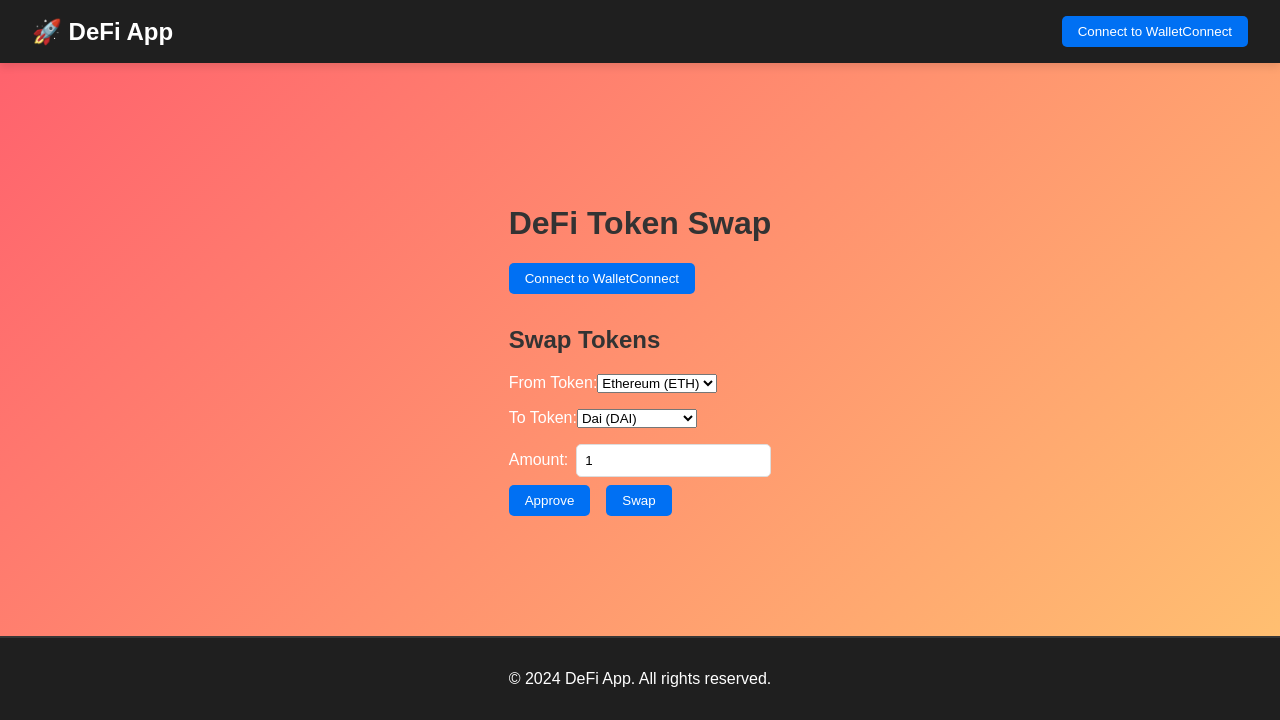
Repository: AllMightLegend/defi-token-swapping-app
Page: /
The author's editor kept a copy of each file at every save. The page is drawn from the files as they stood at one save, then again after the next save.
The browser window is 1280 px wide. The pictures show the whole page.
The project was rebuilt for these pictures with package versions that can differ from the ones it lists, and the page was loaded fresh each time. The framework's server and built-in components were replaced by stand-ins that run in the browser. Also part of the build but not shown: next.config.mjs.

Above is the page before, as saved 2024-09-01 20:22:57.

### app/page.tsx
"use client"; // This ensures the component is treated as a client component
import React, { useState, useEffect } from 'react';
import { ethers } from 'ethers';
import WalletConnector from '../components/WalletConnector';
import { approveToken } from '../utils/approval';
import { executeSwap } from '../utils/swap';
import Layout from '../components/Layout';

const IndexPage: React.FC = () => {
  const [provider, setProvider] = useState<ethers.providers.Web3Provider | null>(null);
  const [walletAddress, setWalletAddress] = useState<string | null>(null);
  const [fromToken, setFromToken] = useState<string>('ETH');
  const [toToken, setToToken] = useState<string>('DAI');
  const [amount, setAmount] = useState<string>('1');
  const [swapResult, setSwapResult] = useState<string | null>(null);

  const handleSwap = async () => {
    if (!provider) {
      alert('Please connect your wallet first!');
      return;
    }

    try {
      const swapTx = await executeSwap(fromToken, toToken, amount, provider);
      setSwapResult(`Swap successful: ${swapTx.hash}`);
    } catch (error) {
      console.error('Swap failed:', error);
      setSwapResult('Swap failed.');
    }
  };

  const handleApprove = async () => {
    if (!provider) {
      alert('Please connect your wallet first!');
      return;
    }

    const spenderAddress = '0xYourSpenderAddress'; // Replace with actual spender address

    try {
      const approvalTx = await approveToken(fromToken, spenderAddress, amount, provider);
      alert(`Approval successful: ${approvalTx.hash}`);
    } catch (error) {
      console.error('Approval failed:', error);
      alert('Approval failed.');
    }
  };

  return (
    <Layout>
      <div style={{ padding: '2rem' }}>
        <h1>DeFi Token Swap</h1>
        <WalletConnector setWalletAddress={setWalletAddress} setProvider={setProvider} />

        <div style={{ marginTop: '2rem' }}>
          <h2>Swap Tokens</h2>
          <label>
            From Token:
            <select value={fromToken} onChange={(e) => setFromToken(e.target.value)}>
              <option value="ETH">Ethereum (ETH)</option>
              <option value="SOL">Solana (SOL)</option>
              <option value="BTC">Bitcoin (BTC)</option>
              <option value="DAI">Dai (DAI)</option>
            </select>
          </label>
          <label>
            To Token:
            <select value={toToken} onChange={(e) => setToToken(e.target.value)}>
              <option value="ETH">Ethereum (ETH)</option>
              <option value="SOL">Solana (SOL)</option>
              <option value="BTC">Bitcoin (BTC)</option>
              <option value="DAI">Dai (DAI)</option>
            </select>
          </label>
          <label>
            Amount:
            <input
              type="number"
              value={amount}
              onChange={(e) => setAmount(e.target.value)}
              style={{ marginLeft: '0.5rem' }}
            />
          </label>
          <div>
            <button onClick={handleApprove} style={{ marginRight: '1rem' }}>
              Approve
            </button>
            <button onClick={handleSwap}>Swap</button>
          </div>

          {swapResult && <p>{swapResult}</p>}
        </div>
      </div>
    </Layout>
  );
};

export default IndexPage;

### app/globals.css
/* styles/globals.css */

html,
body {
  padding: 0;
  margin: 0;
  font-family: -apple-system, BlinkMacSystemFont, 'Segoe UI', Roboto, Oxygen, Ubuntu, Cantarell, 'Open Sans', 'Helvetica Neue', sans-serif;
  background-color: #f0f2f5;
}

* {
  box-sizing: border-box;
}

h1, h2 {
  color: #333;
}

button {
  background-color: #0070f3;
  color: white;
  border: none;
  padding: 0.5rem 1rem;
  border-radius: 5px;
  cursor: pointer;
}

button:hover {
  background-color: #005bb5;
}

input {
  padding: 0.5rem;
  border: 1px solid #ddd;
  border-radius: 5px;
}

label {
  display: block;
  margin: 1rem 0 0.5rem;
}

### components/WalletConnector.tsx
import React, { useState, useEffect } from 'react';
import { ethers } from 'ethers';
import WalletConnectProvider from "@walletconnect/web3-provider";

const WalletConnector: React.FC = () => {
  const [walletAddress, setWalletAddress] = useState<string | null>(null);
  const [provider, setProvider] = useState<ethers.providers.Web3Provider | null>(null);

  const connectWallet = async () => {
    try {
      // Create WalletConnect Provider
      const walletConnectProvider = new WalletConnectProvider({
        infuraId: "YOUR_INFURA_PROJECT_ID" // Replace with your Infura Project ID
      });

      // Enable session (triggers QR Code modal)
      await walletConnectProvider.enable();

      // Create ethers provider
      const ethersProvider = new ethers.providers.Web3Provider(walletConnectProvider);
      setProvider(ethersProvider);

      // Get the user's account address
      const accounts = await ethersProvider.listAccounts();
      if (accounts.length > 0) {
        setWalletAddress(accounts[0]);
      } else {
        setWalletAddress(null);
      }

      console.log('Connected to wallet:', accounts[0]);
    } catch (error) {
      console.error('Error connecting to WalletConnect wallet:', error);
    }
  };

  const disconnectWallet = async () => {
    if (provider) {
      try {
        // Disconnect the WalletConnect provider
        const walletConnectProvider = provider.provider as WalletConnectProvider;
        await walletConnectProvider.disconnect();
        setWalletAddress(null);
        setProvider(null);
        console.log('Disconnected from wallet');
      } catch (error) {
        console.error('Error disconnecting from WalletConnect wallet:', error);
      }
    }
  };

  useEffect(() => {
    // No setup needed for WalletConnect on mount
  }, []);

  return (
    <div>
      <button onClick={connectWallet}>
        {walletAddress ? `Connected: ${walletAddress}` : 'Connect to WalletConnect'}
      </button>
      {walletAddress && (
        <button onClick={disconnectWallet}>Disconnect</button>
      )}
    </div>
  );
};

export default WalletConnector;

### utils/approval.ts
import { ethers } from 'ethers';

export const approveToken = async (
  tokenAddress: string,
  spenderAddress: string,
  amount: string,
  provider: ethers.providers.Web3Provider
) => {
  const ERC20_ABI = [
    'function approve(address spender, uint256 amount) public returns (bool)',
  ];

  const signer = provider.getSigner();
  const tokenContract = new ethers.Contract(tokenAddress, ERC20_ABI, signer);

  try {
    const tx = await tokenContract.approve(spenderAddress, ethers.utils.parseUnits(amount, 18));
    await tx.wait();
    return tx;
  } catch (error) {
    console.error('Token approval failed:', error);
    throw new Error('Token approval failed');
  }
};

### utils/swap.ts
import { ethers } from 'ethers';
import axios from 'axios';

const SWAP_API_URL = 'https://api.0x.org/swap/v1/quote';

export const executeSwap = async (fromToken: string, toToken: string, amount: string, provider: ethers.providers.Web3Provider) => {
  const walletAddress = await provider.getSigner().getAddress();

  try {
    const response = await axios.get(SWAP_API_URL, {
      params: {
        buyToken: toToken,
        sellToken: fromToken,
        sellAmount: ethers.utils.parseUnits(amount, 18).toString(),
        takerAddress: walletAddress,
      },
    });

    const { to, data, value } = response.data;

    const tx = {
      to,
      data,
      value: ethers.BigNumber.from(value).toHexString(),
      from: walletAddress,
    };

    const transactionResponse = await provider.getSigner().sendTransaction(tx);
    await transactionResponse.wait();

    return transactionResponse;
  } catch (error) {
    console.error('Swap failed:', error);
    throw new Error('Swap failed');
  }
};

### components/Layout.tsx
// components/Layout.tsx
import React from 'react';
import Head from 'next/head';
import WalletConnector from './WalletConnector';
import styles from '../styles/Layout.module.css';

const Layout: React.FC = ({ children }) => {
  return (
    <div className={styles.layout}>
      <Head>
        <title>DeFi App</title>
        <meta name="description" content="A decentralized finance application" />
        <link rel="icon" href="/favicon.ico" />
      </Head>
      <header className={styles.header}>
        <div className={styles.logo}>🚀 DeFi App</div>
        <WalletConnector />
      </header>
      <main className={styles.main}>{children}</main>
      <footer className={styles.footer}>
        <p>&copy; {new Date().getFullYear()} DeFi App. All rights reserved.</p>
      </footer>
    </div>
  );
};

export default Layout;

### styles/Layout.module.css
/* styles/Layout.module.css */

.layout {
    display: flex;
    flex-direction: column;
    min-height: 100vh;
    background: linear-gradient(135deg, #ff5f6d, #ffc371); /* Funky background gradient */
    color: #fff;
    font-family: 'Poppins', sans-serif; /* Modern font */
  }

  .header {
    display: flex;
    justify-content: space-between;
    align-items: center;
    padding: 1rem 2rem;
    background-color: #1f1f1f; /* Dark header for contrast */
    box-shadow: 0 4px 8px rgba(0, 0, 0, 0.1);
    position: sticky;
    top: 0;
    z-index: 100;
  }

  .logo {
    font-size: 1.5rem;
    font-weight: bold;
    color: #ffffff;
    transition: color 0.3s ease;
  }

  .logo:hover {
    color: #ffcc00; /* Funky hover effect */
  }

  .main {
    flex: 1;
    padding: 2rem;
    display: flex;
    flex-direction: column;
    align-items: center;
    justify-content: center;
    animation: fadeIn 0.6s ease-out; /* Smooth entry animation */
  }

  .footer {
    text-align: center;
    padding: 1rem;
    background-color: #1f1f1f;
    color: #fff;
    border-top: 2px solid rgba(255, 255, 255, 0.1);
  }

  @keyframes fadeIn {
    from {
      opacity: 0;
      transform: translateY(10px);
    }
    to {
      opacity: 1;
      transform: translateY(0);
    }
  }

  @media (max-width: 768px) {
    .header {
      flex-direction: column;
    }

    .main {
      padding: 1rem;
    }
  }

Loaded but not shown: app/layout.tsx (common file)

After the next save:
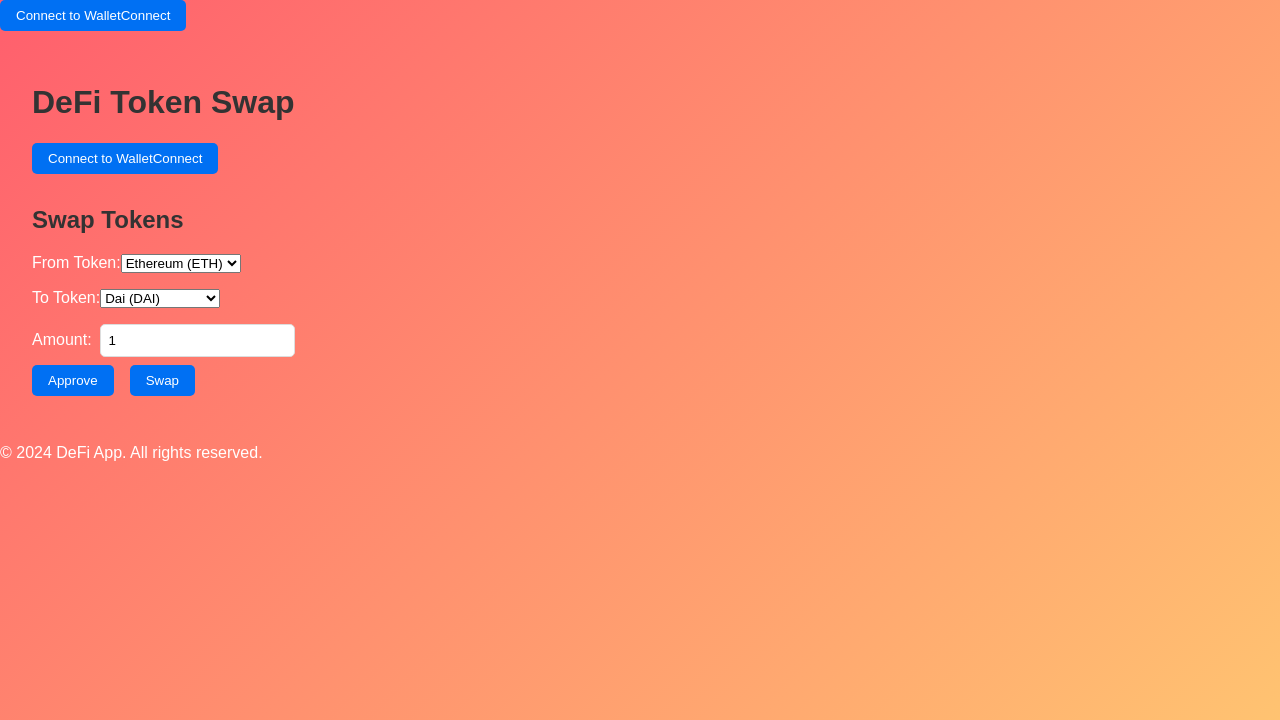
Saved 46 min 1 s later.
--- a/components/Layout.tsx
+++ b/components/Layout.tsx
@@ -1,10 +1,13 @@
-// components/Layout.tsx
 import React from 'react';
 import Head from 'next/head';
 import WalletConnector from './WalletConnector';
 import styles from '../styles/Layout.module.css';
 
-const Layout: React.FC = ({ children }) => {
+interface LayoutProps {
+  children: React.ReactNode;
+}
+
+const Layout: React.FC<LayoutProps> = ({ children }) => {
   return (
     <div className={styles.layout}>
       <Head>
@@ -12,12 +15,11 @@
         <meta name="description" content="A decentralized finance application" />
         <link rel="icon" href="/favicon.ico" />
       </Head>
-      <header className={styles.header}>
-        <div className={styles.logo}>🚀 DeFi App</div>
+      <header>
         <WalletConnector />
       </header>
-      <main className={styles.main}>{children}</main>
-      <footer className={styles.footer}>
+      <main>{children}</main>
+      <footer>
         <p>&copy; {new Date().getFullYear()} DeFi App. All rights reserved.</p>
       </footer>
     </div>
